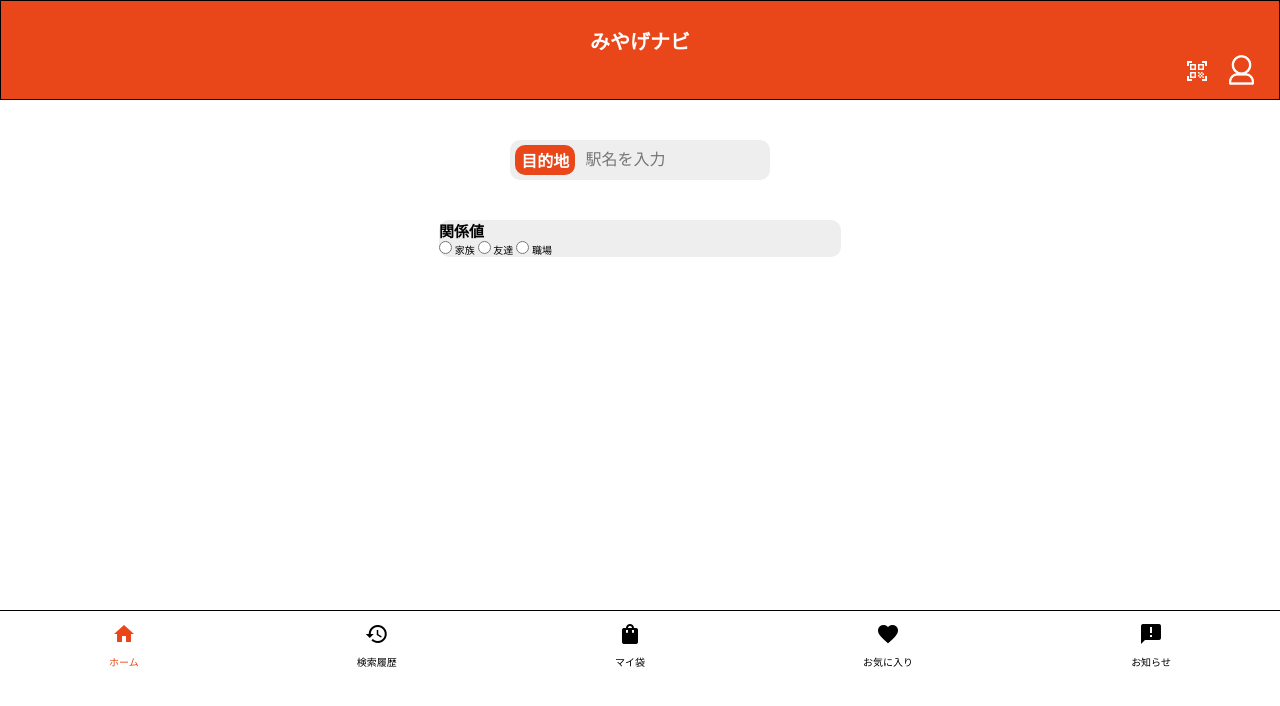
Repository: ama-ne2/miyage_nav
Page: index.html
An editor plug-in stored every save of this project. The page is shown before and after the next save, followed by the edit.
The browser window is 1280 px wide. The pictures show the whole page.

Above is the page before, as saved 2026-02-06 17:22:48.

### index.html
<!DOCTYPE html>
<html lang="ja">
<head>
    <meta charset="utf-8">
    <meta name="viewport" content="width=device-width, initial-scale=1">
    <meta name="color-scheme" content="light dark">
    <meta name="format-detection" content="telephone=no">
    <meta name="description" content="ここに説明文を設定">
    <title>index</title>

    <!-- 共有用 OGP / X(Twitter) -->
    <meta property="og:site_name" content="サイト名">
    <meta property="og:title" content="サイトタイトル">
    <meta property="og:description" content="サイト説明文">
    <meta property="og:type" content="website">
    <meta property="og:url" content="https://hoge.ecc.com/">
    <meta property="og:image" content="https://hoge.ecc.com/ogp.png">
    <meta name="twitter:card" content="summary_large_image">
    <meta name="twitter:site" content="@twitteraccount">

    <!-- 正規URL -->
    <link rel="canonical" href="https://hoge.ecc.com/">

    <!-- アイコン（SVG優先、ICOフォールバック、Apple Touch） -->
    <link rel="icon" type="image/svg+xml" href="/favicon.svg">
    <link rel="alternate icon" href="/favicon.ico">
    <link rel="apple-touch-icon" href="/apple-touch-icon.png" sizes="180x180">

    <!-- テーマカラー（PWAでなくてもアドレスバー色に反映） -->
    <meta name="theme-color" content="#FFFFFF">

    <link rel="stylesheet" href="css/ress.css">
    <link rel="stylesheet" href="css/style.css">
    <link rel="stylesheet" href="css/index.css">
    <link href="https://fonts.googleapis.com/icon?family=Material+Icons" rel="stylesheet">

</head>
<body>
<div class="main_content">
    <header>
        <div class="header_wrap">
            <h1  class="header_title">みやげナビ</h1>
            <div class="header_icon_wrap">
            <span class="material-icons qr_mark">
                    qr_code_scanner
                </span>
                <p><img src="img/icon.png" alt="マイページのアイコン" class="mypage_icon"></p>
            </div>
        </div>
    </header>
    <main>
        <div class="destination">
            <p>目的地</p>
            <input type="text" placeholder="駅名を入力">
        </div>
        <div class="keyword_wrap">
            <div class="keyword">
                <h2>関係値</h2>
                        <div class="radio_wrap">
                            <input type="radio" name="related" value="家族" id="family"> <label for="family">家族</label>
                            <input type="radio" name="related" value="友達" id="friend"> <label for="friend">友達</label>
                            <input type="radio" name="related" value="職場" id="office"> <label for="office">職場</label>
                        </div>
            </div>

        </div>
    </main>
    <footer>
        <div class="footer_icon active">
            <span class="material-icons">
            home
            </span>
            <p>ホーム</p>
        </div>
        <div class="footer_icon">
            <span class="material-icons">
            history
            </span>
            <p>検索履歴</p>
        </div>
        <div class="footer_icon">
        <span class="material-icons">
        shopping_bag
        </span>
            <p>マイ袋</p>
        </div>
        <div class="footer_icon">
            <span class="material-icons">
            favorite
            </span>
            <p>お気に入り</p>
        </div>
        <div class="footer_icon">
            <span class="material-icons">
            announcement
            </span>
            <p>お知らせ</p>
        </div>
    </footer>
</div>
</body>
</html>

### css/ress.css

/* resset.dev • v5.0.2 */

/* # =================================================================
   # Global selectors
   # ================================================================= */

html {
  box-sizing: border-box;
  -webkit-text-size-adjust: 100%; /* Prevent adjustments of font size after orientation changes in iOS */
  word-break: normal;
  -moz-tab-size: 4;
  tab-size: 4;
}

*,
::before,
::after {
  background-repeat: no-repeat; /* Set `background-repeat: no-repeat` to all elements and pseudo elements */
  box-sizing: inherit;
}

::before,
::after {
  text-decoration: inherit; /* Inherit text-decoration and vertical align to ::before and ::after pseudo elements */
  vertical-align: inherit;
}

* {
  padding: 0; /* Reset `padding` and `margin` of all elements */
  margin: 0;
}

/* # =================================================================
   # General elements
   # ================================================================= */

hr {
  overflow: visible; /* Show the overflow in Edge and IE */
  height: 0; /* Add the correct box sizing in Firefox */
  color: inherit; /* Correct border color in Firefox. */
}

details,
main {
  display: block; /* Render the `main` element consistently in IE. */
}

summary {
  display: list-item; /* Add the correct display in all browsers */
}

small {
  font-size: 80%; /* Set font-size to 80% in `small` elements */
}

[hidden] {
  display: none; /* Add the correct display in IE */
}

abbr[title] {
  border-bottom: none; /* Remove the bottom border in Chrome 57 */
  /* Add the correct text decoration in Chrome, Edge, IE, Opera, and Safari */
  text-decoration: underline;
  text-decoration: underline dotted;
}

a {
  background-color: transparent; /* Remove the gray background on active links in IE 10 */
}

a:active,
a:hover {
  outline-width: 0; /* Remove the outline when hovering in all browsers */
}

code,
kbd,
pre,
samp {
  font-family: monospace, monospace; /* Specify the font family of code elements */
}

pre {
  font-size: 1em; /* Correct the odd `em` font sizing in all browsers */
}

b,
strong {
  font-weight: bolder; /* Add the correct font weight in Chrome, Edge, and Safari */
}

/* https://gist.github.com/unruthless/413930 */
sub,
sup {
  font-size: 75%;
  line-height: 0;
  position: relative;
  vertical-align: baseline;
}

sub {
  bottom: -0.25em;
}

sup {
  top: -0.5em;
}

table {
  border-color: inherit; /* Correct border color in all Chrome, Edge, and Safari. */
  text-indent: 0; /* Remove text indentation in Chrome, Edge, and Safari */
}

iframe {
  border-style: none;
}

/* # =================================================================
   # Forms
   # ================================================================= */

input {
  border-radius: 0;
}

[type='number']::-webkit-inner-spin-button,
[type='number']::-webkit-outer-spin-button {
  height: auto; /* Correct the cursor style of increment and decrement buttons in Chrome */
}

[type='search'] {
  -webkit-appearance: textfield; /* Correct the odd appearance in Chrome and Safari */
  outline-offset: -2px; /* Correct the outline style in Safari */
}

[type='search']::-webkit-search-decoration {
  -webkit-appearance: none; /* Remove the inner padding in Chrome and Safari on macOS */
}

textarea {
  overflow: auto; /* Internet Explorer 11+ */
  resize: vertical; /* Specify textarea resizability */
}

button,
input,
optgroup,
select,
textarea {
  font: inherit; /* Specify font inheritance of form elements */
}

optgroup {
  font-weight: bold; /* Restore the font weight unset by the previous rule */
}

button {
  overflow: visible; /* Address `overflow` set to `hidden` in IE 8/9/10/11 */
}

button,
select {
  text-transform: none; /* Firefox 40+, Internet Explorer 11- */
}

/* Apply cursor pointer to button elements */
button,
[type='button'],
[type='reset'],
[type='submit'],
[role='button'] {
  cursor: pointer;
}

/* Remove inner padding and border in Firefox 4+ */
button::-moz-focus-inner,
[type='button']::-moz-focus-inner,
[type='reset']::-moz-focus-inner,
[type='submit']::-moz-focus-inner {
  border-style: none;
  padding: 0;
}

/* Replace focus style removed in the border reset above */
button:-moz-focusring,
[type='button']::-moz-focus-inner,
[type='reset']::-moz-focus-inner,
[type='submit']::-moz-focus-inner {
  outline: 1px dotted ButtonText;
}

button,
html [type='button'], /* Prevent a WebKit bug where (2) destroys native `audio` and `video`controls in Android 4 */
[type='reset'],
[type='submit'] {
  -webkit-appearance: button; /* Correct the inability to style clickable types in iOS */
}

/* Remove the default button styling in all browsers */
button,
input,
select,
textarea {
  background-color: transparent;
  border-style: none;
}

a:focus,
button:focus,
input:focus,
select:focus,
textarea:focus {
  outline-width: 0;
}

/* Style select like a standard input */
select {
  -moz-appearance: none; /* Firefox 36+ */
  -webkit-appearance: none; /* Chrome 41+ */
}

select::-ms-expand {
  display: none; /* Internet Explorer 11+ */
}

select::-ms-value {
  color: currentColor; /* Internet Explorer 11+ */
}

legend {
  border: 0; /* Correct `color` not being inherited in IE 8/9/10/11 */
  color: inherit; /* Correct the color inheritance from `fieldset` elements in IE */
  display: table; /* Correct the text wrapping in Edge and IE */
  max-width: 100%; /* Correct the text wrapping in Edge and IE */
  white-space: normal; /* Correct the text wrapping in Edge and IE */
  max-width: 100%; /* Correct the text wrapping in Edge 18- and IE */
}

::-webkit-file-upload-button {
  /* Correct the inability to style clickable types in iOS and Safari */
  -webkit-appearance: button;
  color: inherit;
  font: inherit; /* Change font properties to `inherit` in Chrome and Safari */
}

/* Replace pointer cursor in disabled elements */
[disabled] {
  cursor: default;
}

/* # =================================================================
   # Specify media element style
   # ================================================================= */

img {
  border-style: none; /* Remove border when inside `a` element in IE 8/9/10 */
}

/* Add the correct vertical alignment in Chrome, Firefox, and Opera */
progress {
  vertical-align: baseline;
}

/* # =================================================================
   # Accessibility
   # ================================================================= */

/* Specify the progress cursor of updating elements */
[aria-busy='true'] {
  cursor: progress;
}

/* Specify the pointer cursor of trigger elements */
[aria-controls] {
  cursor: pointer;
}

/* Specify the unstyled cursor of disabled, not-editable, or otherwise inoperable elements */
[aria-disabled='true'] {
  cursor: default;
}

### css/style.css
html{
    font-size: 62.5%;
}

html , body{
    width: 100%;
    height: 100%;
    font-family: "Hiragino Kaku Gothic Pro" , sans-serif;
    display: flex;
    justify-content: center;
    /* background-image: url("../img/miyage_nav_logo.png");
    background-repeat: repeat; */
}
.main_content{
    width: 402px;
}

header{
    width: 100%;
    height: 100px;
    background-color: #E94619;
    position: fixed;
    top: 0;
    left: 0;
    .header_wrap{
        border: 1px solid #000;
        display: flex;
        flex-direction: column;
        justify-content: end;
        margin-top: auto;
        height: 100%;
    }
    .header_title{
        display: flex;
        color: #fff;
        justify-content: center;
    }
    .qr_mark{
        color: #fff;
    }
    .header_icon_wrap{
        /* border: 1px solid #000; */
        display: flex;
        justify-content: end;
        align-items: center;
        margin-right: 25px;
        margin-bottom: 12px;
        gap: 20px;
    }
}
main{
    overflow: scroll;
    /* border: #000 solid 1px; */
}
footer{
    background-color: #fff;
    position: fixed;
    bottom: 0;
    left: 0;
    display: flex;
    justify-content: space-around;
    width: 100vw;
    height: 110px;
    border-top: #000 solid 1px;

/* footerのアイコンたち */
    .footer_icon{
        display: flex;
        flex-direction: column;
        align-items: center;
        gap: 8px;
        margin-top: 11px;
        &.active{
            color: #E94619;
        }
    }
}

### css/index.css
main {
    margin-top: 100px;
}

.destination{
    display: flex;
    align-items: center;
    background-color: #EEE;
    border-radius: 10px;
    width: 260px;
    height: 40px;
    gap: 10px;
    margin: 40px auto;
    p{
        background-color: #E94619;
        color: #fff;
        width: 70px;
        height: 30px;
        display: flex;
        justify-content: center;
        align-items: center;
        border-radius: 10px;
        font-size: 1.6rem;
        font-weight: bold;
        margin-left: 5px;
    }
    input{
        height: 30px;
        width: 80%;
        margin-right: 5px;
        font-size: 1.6rem;
    }
}

.keyword_wrap{
    background-color: #EEE;
    border-radius: 10px;
    width: 100%;
}

After the next save:
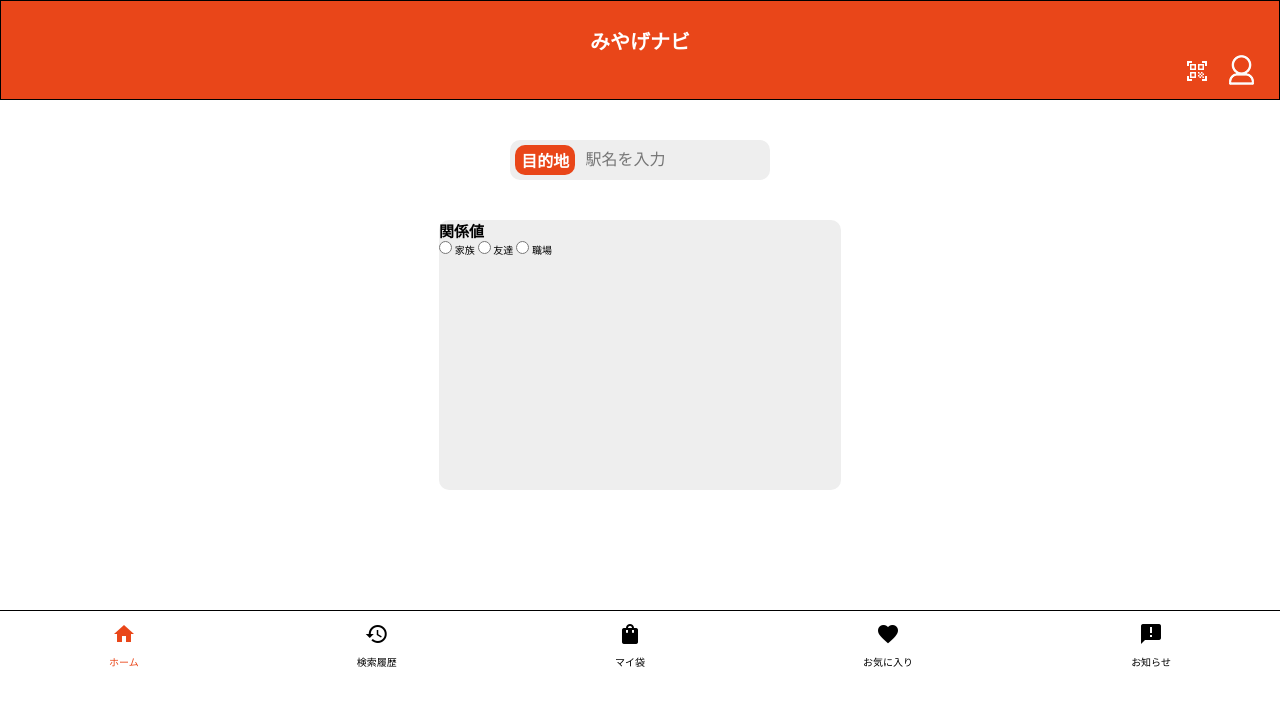
Saved 10 s later.
--- a/css/index.css
+++ b/css/index.css
@@ -36,4 +36,5 @@ main {
     background-color: #EEE;
     border-radius: 10px;
     width: 100%;
+    height: 270px;
 }
